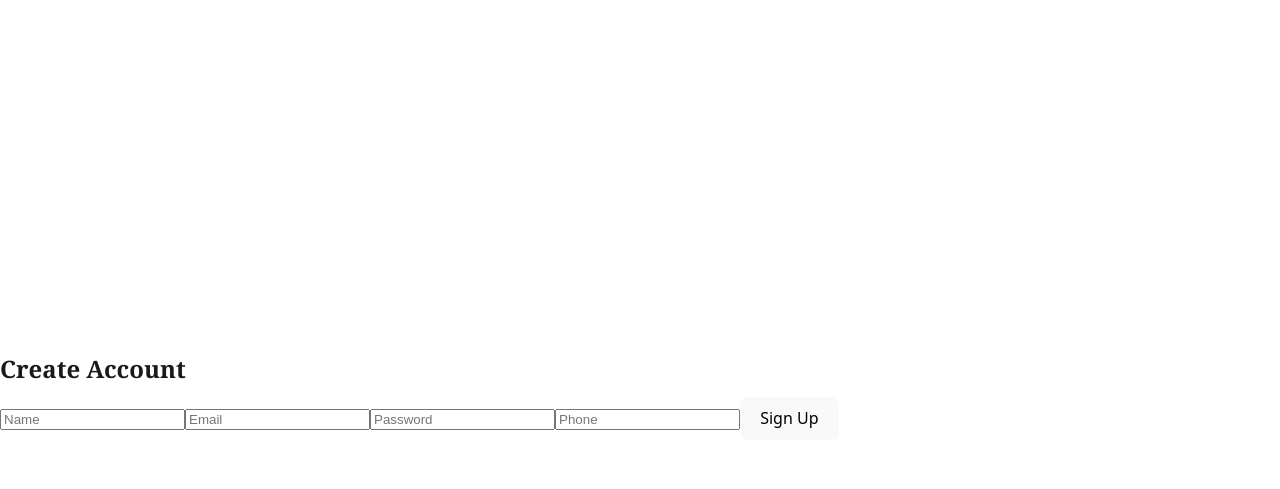
Repository: rozhinasaberi/MyPortfolio
Page: /signup (app in client/)
These files come from the project's save history. The page is drawn as it stood at one moment and after the next save; the edit follows.
The browser window is 1280 px wide. The pictures show the whole page.
The page's requests for data from a server got no answer. The project was rebuilt for these pictures with package versions that can differ from the ones it lists, and the page was loaded fresh each time. No one was signed in, and anything a server would have sent is missing. Also part of the build but not shown: client/src/Login.jsx, client/src/CustomerDashboard.jsx, client/src/App.jsx.

Above is the page before, as saved 2025-12-02 05:43:44.

After the next save:
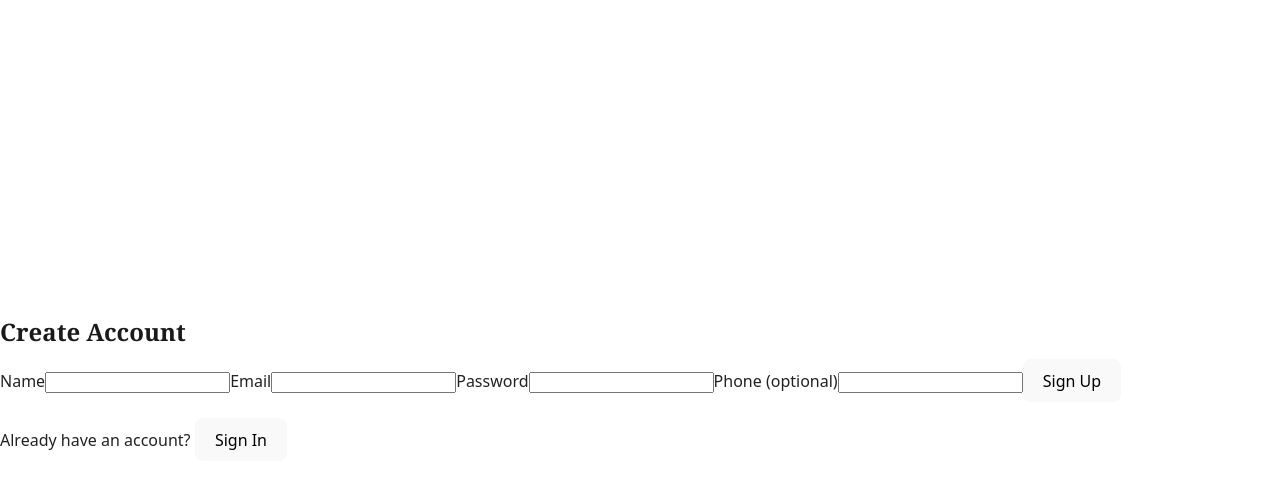
Saved 34 s later.
--- a/client/src/signup.jsx
+++ b/client/src/signup.jsx
@@ -1,43 +1,98 @@
-import { useState } from "react";
+// client/src/Signup.jsx
+import React, { useState } from "react";
 import axios from "axios";
-import { API_BASE } from "./config";
+import { API_BASE } from "./api";
 
-export default function Signup({ setUser }) {
+export default function Signup({ goLogin }) {
   const [form, setForm] = useState({
     name: "",
     email: "",
     password: "",
     phone: "",
   });
+  const [message, setMessage] = useState("");
+  const [error, setError] = useState("");
 
-  const handleChange = (e) =>
+  const onChange = (e) =>
     setForm({ ...form, [e.target.name]: e.target.value });
 
-  const handleSignup = async (e) => {
+  const handleSubmit = async (e) => {
     e.preventDefault();
+    setMessage("");
+    setError("");
 
     try {
-      const res = await axios.post(`${API_BASE}/auth/signup`, form);
-
-      localStorage.setItem("user", JSON.stringify(res.data.user));
-      setUser(res.data.user);
+      await axios.post(`${API_BASE}/api/auth/signup`, form);
+      setMessage("Account created! You can now login.");
     } catch (err) {
-      alert("Signup failed");
-      console.error(err);
+      console.error("Signup error:", err.response?.data || err.message);
+      setError(
+        err.response?.data?.error || "Could not create account. Try again."
+      );
     }
   };
 
   return (
-    <div className="auth-container">
-      <h2>Create Account</h2>
-      <form onSubmit={handleSignup}>
-        <input name="name" placeholder="Name" onChange={handleChange} />
-        <input name="email" type="email" placeholder="Email" onChange={handleChange} />
-        <input name="password" type="password" placeholder="Password" onChange={handleChange} />
-        <input name="phone" placeholder="Phone" onChange={handleChange} />
+    <section className="auth-section">
+      <div className="auth-card">
+        <h2>Create Account</h2>
+        <form onSubmit={handleSubmit} className="auth-form">
+          <label>
+            Name
+            <input
+              name="name"
+              value={form.name}
+              onChange={onChange}
+              required
+            />
+          </label>
 
-        <button type="submit">Sign Up</button>
-      </form>
-    </div>
+          <label>
+            Email
+            <input
+              type="email"
+              name="email"
+              value={form.email}
+              onChange={onChange}
+              required
+            />
+          </label>
+
+          <label>
+            Password
+            <input
+              type="password"
+              name="password"
+              value={form.password}
+              onChange={onChange}
+              required
+            />
+          </label>
+
+          <label>
+            Phone (optional)
+            <input
+              name="phone"
+              value={form.phone}
+              onChange={onChange}
+            />
+          </label>
+
+          {error && <p className="auth-error">{error}</p>}
+          {message && <p className="auth-success">{message}</p>}
+
+          <button type="submit" className="btn auth-btn">
+            Sign Up
+          </button>
+        </form>
+
+        <p className="auth-switch">
+          Already have an account?{" "}
+          <button type="button" onClick={goLogin} className="link-btn">
+            Sign In
+          </button>
+        </p>
+      </div>
+    </section>
   );
 }
